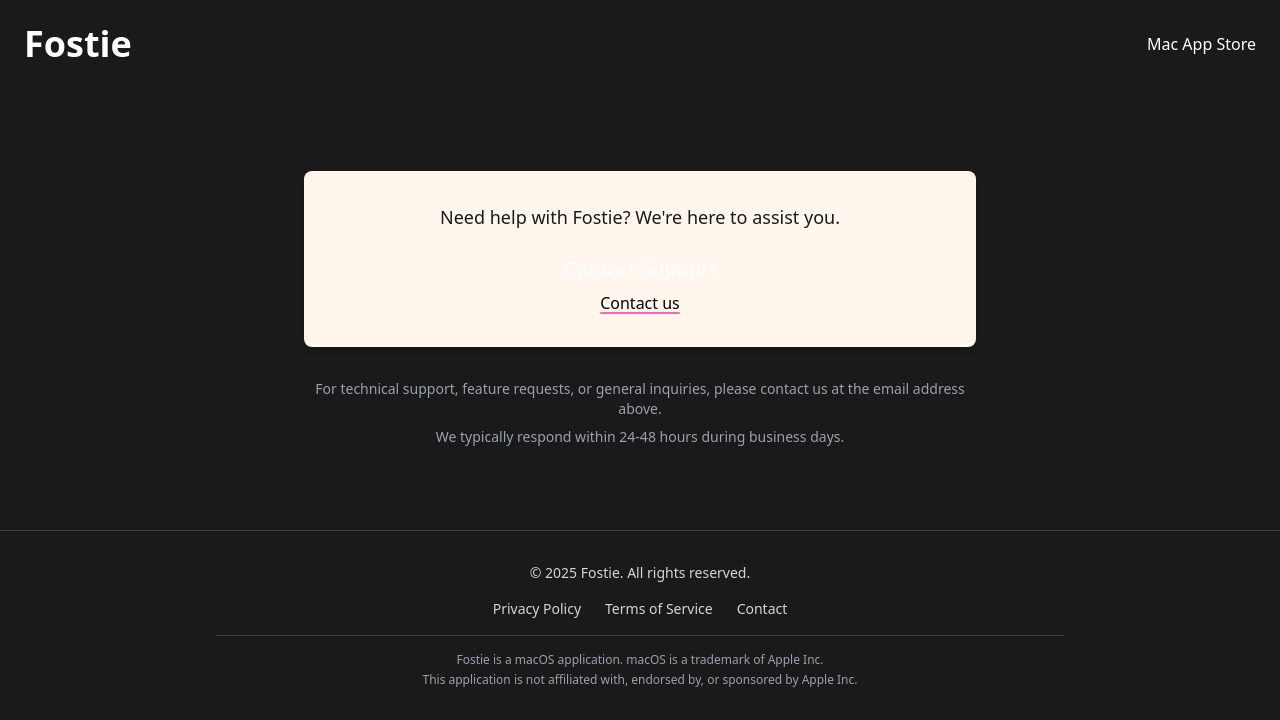
Repository: atimael/fostie-web
Page: /
An editor plug-in stored every save of this project. The page is shown before and after the next save, followed by the edit.
The browser window is 1280 px wide. The pictures show the whole page.
The project was rebuilt for these pictures with package versions that can differ from the ones it lists, and the page was loaded fresh each time. The framework's server and built-in components were replaced by stand-ins that run in the browser. Also part of the build but not shown: next.config.js.

Above is the page before, as saved 2025-05-27 20:17:37.

### app/layout.tsx
import type { Metadata } from "next";
import type { ReactNode } from "react";
import "./globals.css";

export const metadata: Metadata = {
  title: "Fostie - macOS App",
  description: "Official website for Fostie macOS application",
  keywords: "Fostie, macOS, app, application",
  authors: [{ name: "Fostie Team" }],
};

export const viewport = {
  width: "device-width",
  initialScale: 1,
};

export default function RootLayout({ children }: { children: ReactNode }) {
  return (
    <html lang="en" className="dark">
      <body className="antialiased">{children}</body>
    </html>
  );
}

### app/page.tsx
import Footer from "@/components/footer";
import Header from "@/components/header";
import Main from "@/components/main";

export default function Home() {
  return (
    <main className="min-h-screen bg-custom-dark flex flex-col">
      <Header />

      <Main />

      <Footer />
    </main>
  );
}

### app/globals.css
@import "tailwindcss";

@custom-variant dark (&:where(.dark, .dark *));

@theme {
  /* Enable dark mode based on system preference */
  --default-color-scheme: light dark;

  /* Custom dark background color */
  --color-custom-dark: #1a1a1a;

  /* Custom font family */
  --font-family-sans: ui-sans-serif, system-ui, sans-serif, "Apple Color Emoji",
    "Segoe UI Emoji", "Segoe UI Symbol", "Noto Color Emoji";
}

### components/footer.tsx
export default function Footer() {
  const currentYear = new Date().getFullYear();

  return (
    <footer className=" dark:bg-custom-dark border-t border-[#333333] dark:border-gray-700">
      <div className="max-w-4xl mx-auto px-6 py-8">
        <div className="text-center space-y-4">
          <div className="text-sm text-gray-600 dark:text-gray-300">
            <p>&copy; {currentYear} Fostie. All rights reserved.</p>
          </div>

          <div className="flex flex-wrap justify-center gap-6 text-sm">
            <a
              href="/privacy"
              className="text-gray-600 dark:text-gray-300 hover:text-gray-900 dark:hover:text-white transition-colors"
            >
              Privacy Policy
            </a>
            <a
              href="/terms"
              className="text-gray-600 dark:text-gray-300 hover:text-gray-900 dark:hover:text-white transition-colors"
            >
              Terms of Service
            </a>
            <a
              href="mailto:test@gmail.com"
              className="text-gray-600 dark:text-gray-300 hover:text-gray-900 dark:hover:text-white transition-colors"
            >
              Contact
            </a>
          </div>

          <div className="text-xs text-gray-500 dark:text-gray-400 pt-4 border-t border-gray-100 dark:border-gray-700">
            <p>
              Fostie is a macOS application. macOS is a trademark of Apple Inc.
            </p>
            <p className="mt-1">
              This application is not affiliated with, endorsed by, or sponsored
              by Apple Inc.
            </p>
          </div>
        </div>
      </div>
    </footer>
  );
}

### components/header.tsx
export default function Header() {
  return (
    <header className="justify-between flex items-center dark:text-white py-6 px-6">
      <div>
        {/* <Image src="/logo.png" alt="Fostie" width={100} height={100} /> */}
        <h1 className="text-4xl font-bold text-center">Fostie</h1>
      </div>

      <div className="flex items-center gap-4">
        <div>Mac App Store</div>
      </div>
    </header>
  );
}

### components/main.tsx
export default function Main() {
  return (
    <div className="flex-1 flex items-center justify-center px-6 py-12">
      <div className="max-w-2xl mx-auto text-center">
        <div className=" bg-orange-50 rounded-lg shadow-md p-8 mb-8">
          <p className="text-lg text-[#1a1a1a] mb-6">
            Need help with Fostie? We're here to assist you.
          </p>

          <div className="space-y-4">
            <div>
              <h3 className="text-xl font-medium text-gray-900 dark:text-white mb-2">
                Contact Support
              </h3>
              <a
                href="mailto:hello@fostie.com"
                // className="group relative text-[#1a1a1a] text-lg font-medium transition-colors  hover:text-pink-400"
                className="relative whitespace-nowrap
                font-medium outline-none
                transition duration-200 after:pointer-events-none
                after:absolute after:bottom-0 after:left-0 after:right-0 after:h-0.5 after:rounded-[0.125rem]
                 after:bg-pink-400 after:transition after:duration-200 after:content-[''] hover:text-pink-400 after:hover:translate-y-px"
              >
                Contact us
                {/* <span className="w-full h-[2px] bg-pink-400 transition-transform absolute bottom-0 left-0 translate-y-0 group-hover:translate-y-1"></span> */}
              </a>
            </div>
          </div>
        </div>

        <div className="text-sm text-gray-500 dark:text-gray-400 space-y-2">
          <p>
            For technical support, feature requests, or general inquiries,
            please contact us at the email address above.
          </p>
          <p>We typically respond within 24-48 hours during business days.</p>
        </div>
      </div>
    </div>
  );
}

After the next save:
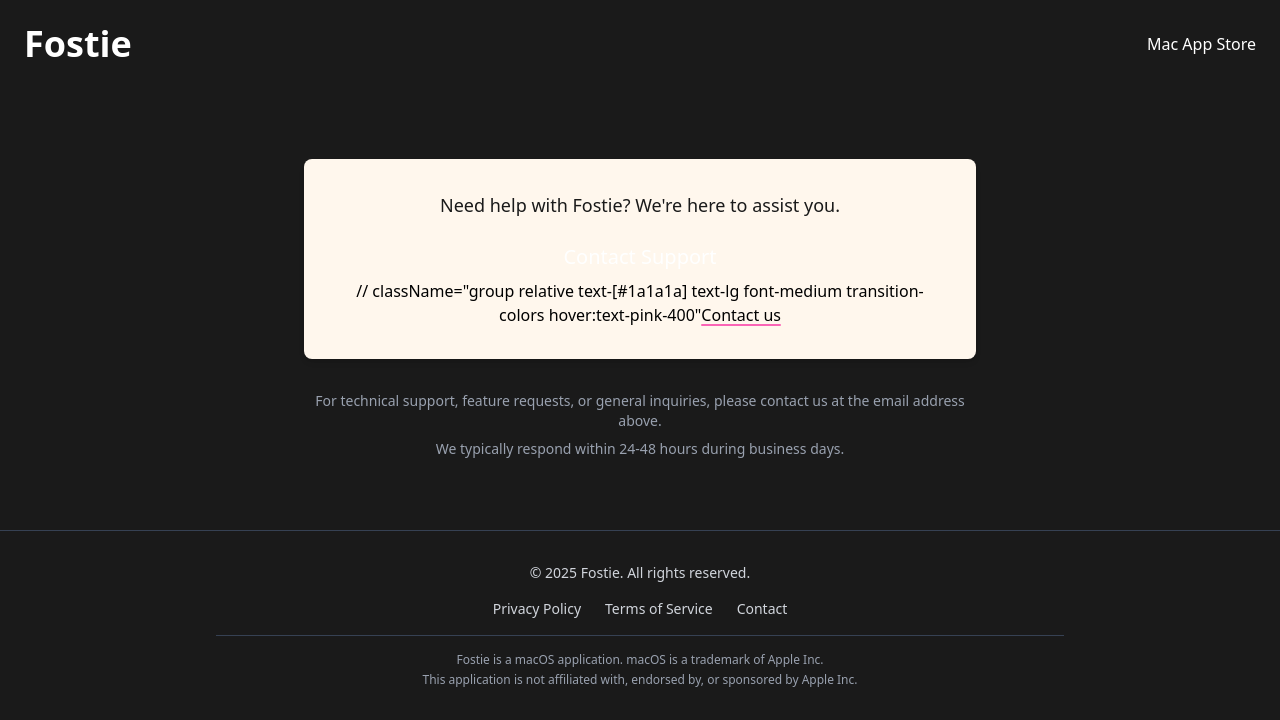
Saved 2 min 24 s later.
--- a/components/main.tsx
+++ b/components/main.tsx
@@ -12,19 +12,20 @@
               <h3 className="text-xl font-medium text-gray-900 dark:text-white mb-2">
                 Contact Support
               </h3>
+              // className="group relative text-[#1a1a1a] text-lg font-medium
+              transition-colors hover:text-pink-400"
               <a
                 href="mailto:hello@fostie.com"
-                // className="group relative text-[#1a1a1a] text-lg font-medium transition-colors  hover:text-pink-400"
                 className="relative whitespace-nowrap
                 font-medium outline-none
                 transition duration-200 after:pointer-events-none
                 after:absolute after:bottom-0 after:left-0 after:right-0 after:h-0.5 after:rounded-[0.125rem]
-                 after:bg-pink-400 after:transition after:duration-200 after:content-[''] hover:text-pink-400 after:hover:translate-y-px"
+                 after:bg-pink-400 after:transition after:duration-200 after:content-[''] hover:text-pink-400 hover:after:translate-y-px"
               >
                 Contact us
-                {/* <span className="w-full h-[2px] bg-pink-400 transition-transform absolute bottom-0 left-0 translate-y-0 group-hover:translate-y-1"></span> */}
               </a>
             </div>
+            {/* <span className="w-full h-[2px] bg-pink-400 transition-transform absolute bottom-0 left-0 translate-y-0 group-hover:translate-y-1"></span> */}
           </div>
         </div>
 

After the save that followed:
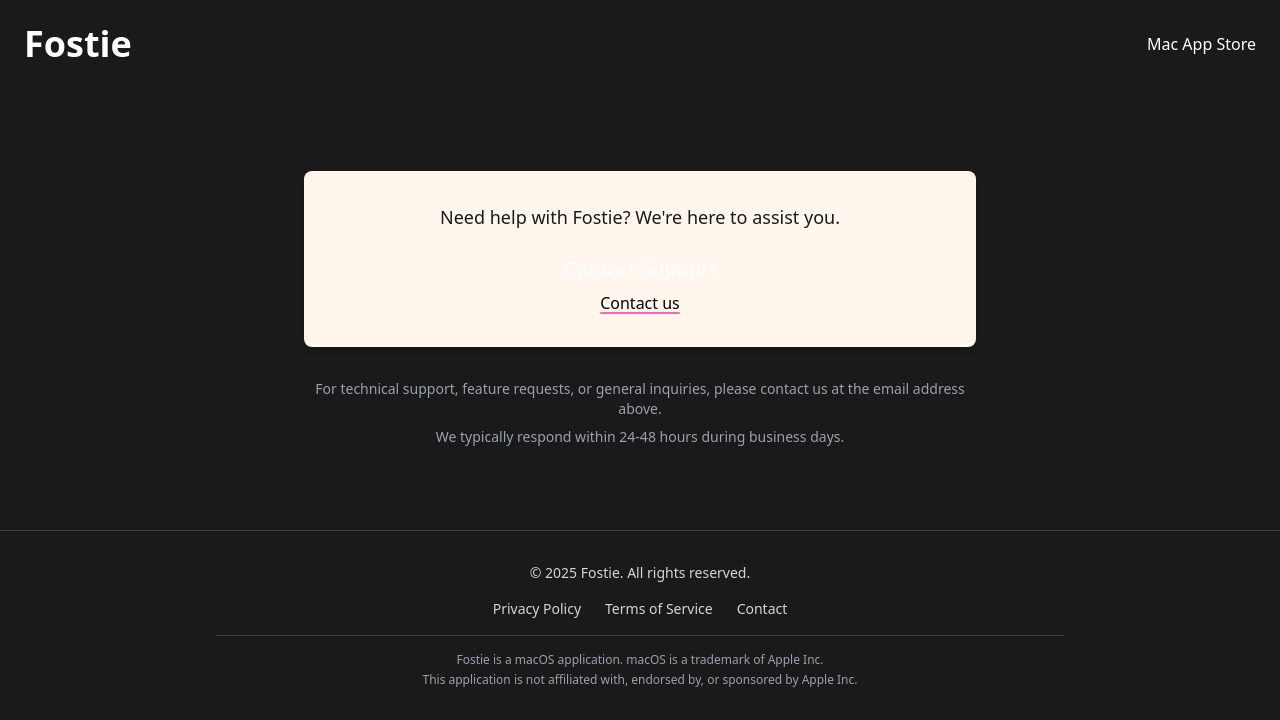
Saved 24 s later.
--- a/components/main.tsx
+++ b/components/main.tsx
@@ -12,8 +12,6 @@
               <h3 className="text-xl font-medium text-gray-900 dark:text-white mb-2">
                 Contact Support
               </h3>
-              // className="group relative text-[#1a1a1a] text-lg font-medium
-              transition-colors hover:text-pink-400"
               <a
                 href="mailto:hello@fostie.com"
                 className="relative whitespace-nowrap
@@ -25,7 +23,6 @@
                 Contact us
               </a>
             </div>
-            {/* <span className="w-full h-[2px] bg-pink-400 transition-transform absolute bottom-0 left-0 translate-y-0 group-hover:translate-y-1"></span> */}
           </div>
         </div>
 
